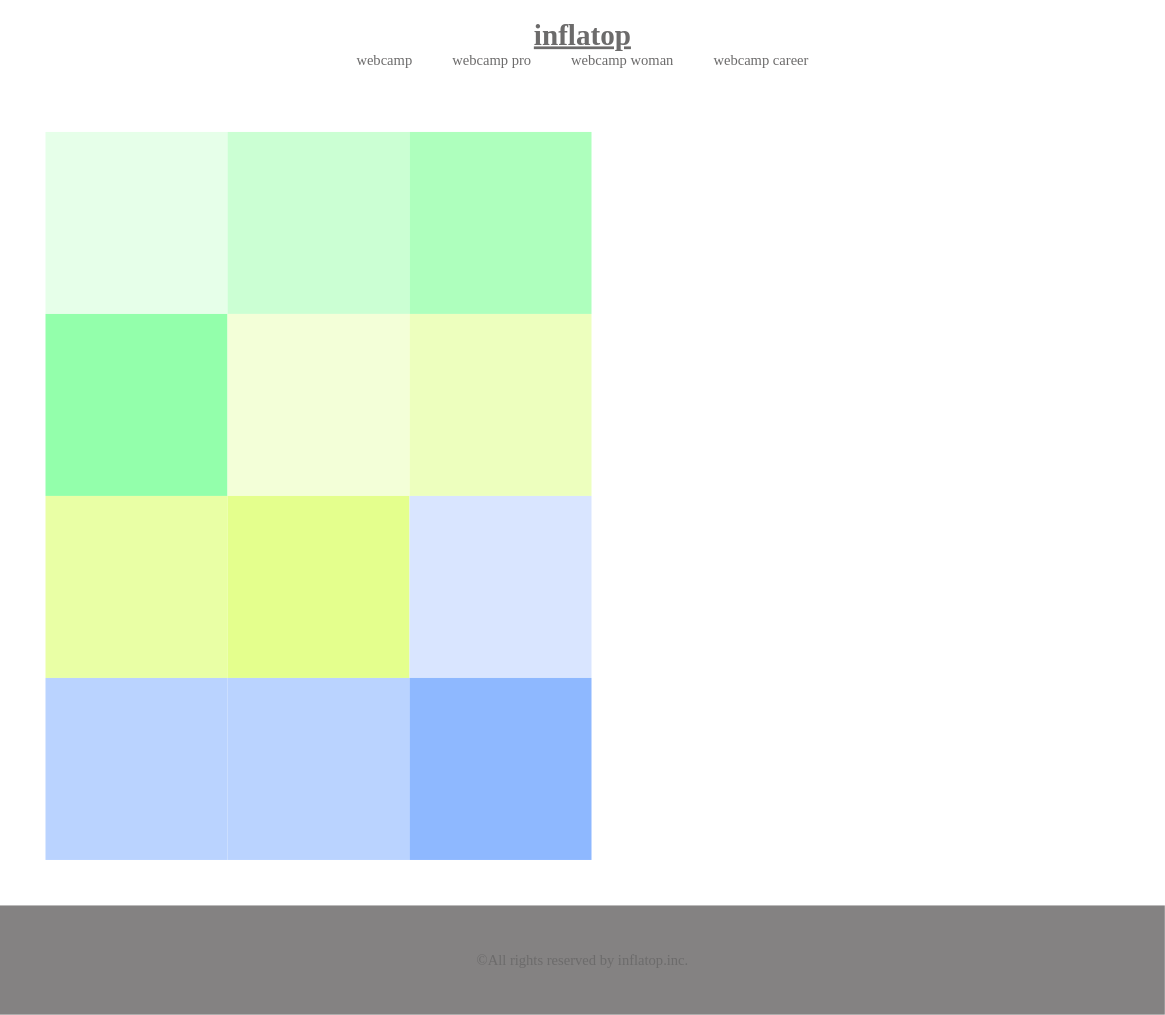
Repository: sunny0105yoko/bookers2-debug
Page: excise5/index.html
The author's editor kept a record of every edit. The page is drawn from the files as they stood at one moment, then again after the next edit.
The browser window is 1280 px wide. The pictures show the whole page, at 91% of full size.

Above is the page before.

### excise5/index.html
<!DOCTYPE html><!DOCTYPE html>
<html lang="ja">
  <head>
    <meta charset="UTF-8" />
    <link rel="stylesheet" href="style.css" />
    <title>Excise5</title>
  </head>

  <header>
    <h1 class="heading">
      <a href="https://web-camp.online/lesson/curriculums/283/contents/2682">
        inflatop
      </a>
    </h1>
    <nav>
      <ul class="nav-list">
        <li class="nav-list-item">webcamp</li>
        <li class="nav-list-item">webcamp pro</li>
        <li class="nav-list-item">webcamp woman</li>
        <li class="nav-list-item">webcamp career</li>
      </ul>
    </nav>
  </header>

  <body>
    <div class="flex">
     <div class="flex-box1"></div>
     <div class="flex-box2"></div>
     <div class="flex-box3"></div>
     <div class="flex-box4"></div>
     <div class="flex-box5"></div>
     <div class="flex-box6"></div>
     <div class="flex-box7"></div>
     <div class="flex-box8"></div>
     <div class="flex-box9"></div>
     <div class="flex-box10"></div>
     <div class="flex-box11"></div>
     <div class="flex-box12"></div>
    </div>

    <footer>
      <p class="footer-text">
        ©All rights reserved by inflatop.inc.
      </p>
    </footer>
  </body>
</html>

### excise5/style.css
*{
  margin:0;
  padding: 0;
  box-sizing:border-box;
  color: #6c6b6b;
}

header{
  width: 100%;
  padding-top: 20px;
  padding-bottom: 20px;
  margin:0 auto;
  text-align: center;
}

.nav-list{
  text-align: center;
  padding 15px 0;
}
.nav-list-item{
  list-style: none;
  display:inline-block;
  padding: 0 20px;
}

.flex{
  display: flex;
  flex-wrap: wrap;
  width: 800px;
  padding:50px;
}

.flex-box1{
  background-color: #e6ffe9;
  width: 200px;
  height: 200px;
}
.flex-box2{
  background-color: #cbffd3;
  width: 200px;
  height: 200px;
}
.flex-box3{
  background-color: #aeffbd;
  width: 200px;
  height: 200px;
}
.flex-box4{
  background-color: #93ffab;
  width: 200px;
  height: 200px;
}
.flex-box5{
  background-color: #f3ffd8;
  width: 200px;
  height: 200px;
}
.flex-box6{
  background-color: #edffbe;
  width: 200px;
  height: 200px;
}
.flex-box7{
  background-color: #e9ffa5;
  width: 200px;
  height: 200px;
}
.flex-box8{
  background-color: #e4ff8d;
  width: 200px;
  height: 200px;
}
.flex-box9{
  background-color: #d9e5ff;
  width: 200px;
  height: 200px;
}
.flex-box10{
  background-color: #bad3ff;
  width: 200px;
  height: 200px;
}
.flex-box11{
  background-color: #bad3ff;
  width: 200px;
  height: 200px;
}
.flex-box12{
  background-color: #8eb8ff;
  width: 200px;
  height: 200px;
}

footer{
  width: 100%;
  height: 120px;
  text-align: center;
  line-height: 120px;
  background-color: #848282;
}

After the next edit:
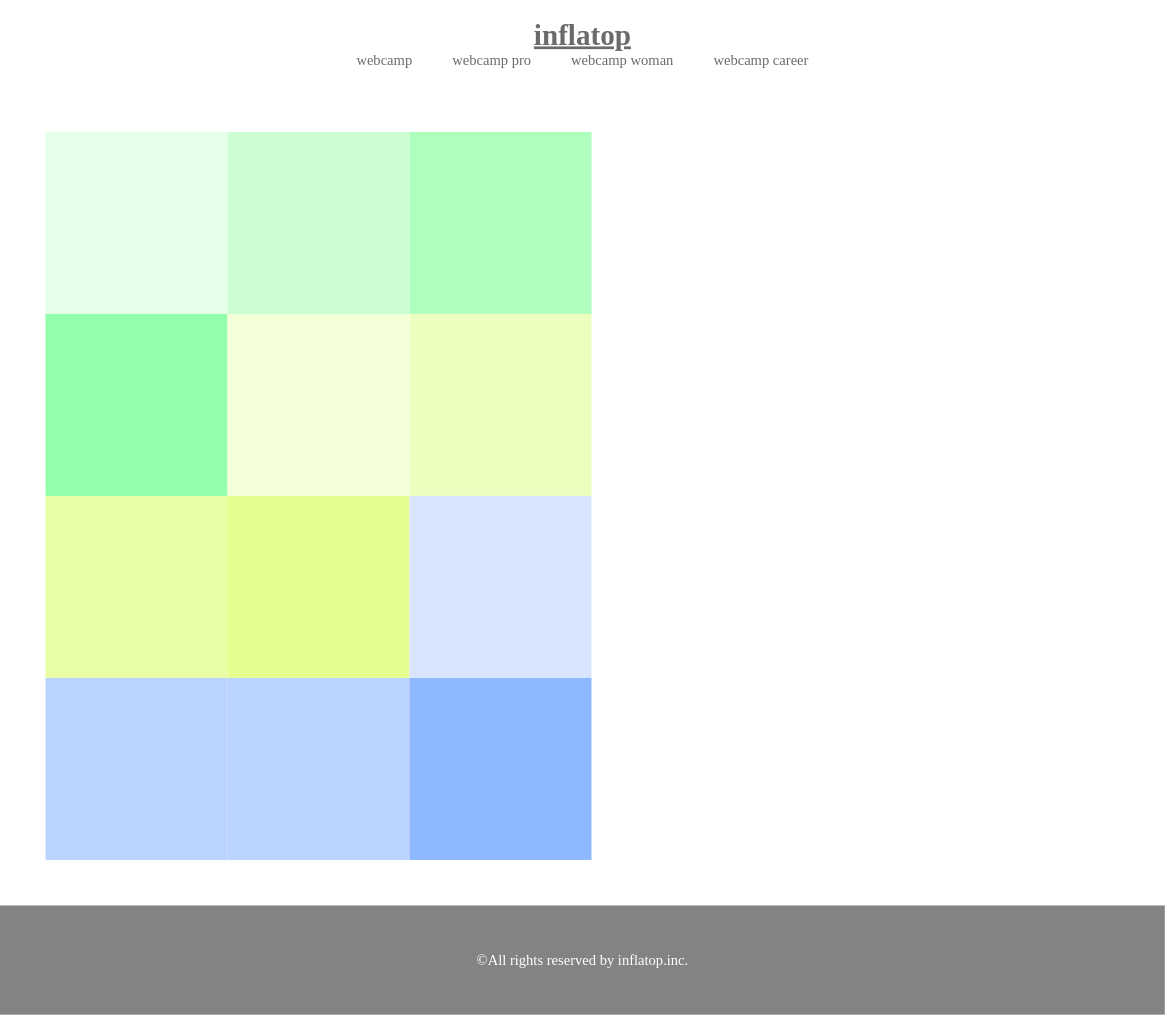
The edit:
--- a/excise5/style.css
+++ b/excise5/style.css
@@ -98,3 +98,6 @@
   line-height: 120px;
   background-color: #848282;
 }
+.footer-text {
+  color: #fff;
+}
